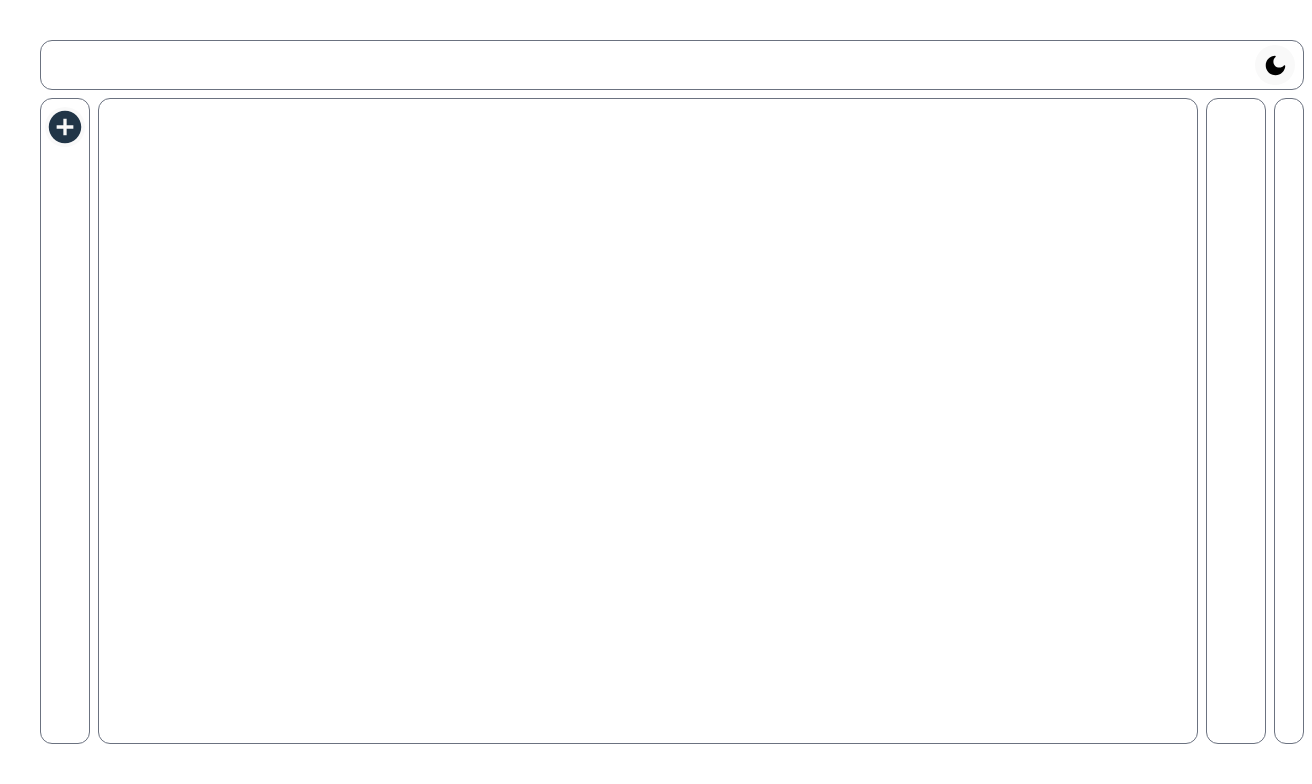
Repository: Wuiserous/Todo-App
Page: /
The author's editor kept a copy of each file at every save. The page is drawn from the files as they stood at one save, then again after a run of saves.
The browser window is 1280 px wide. The page is 1312 px wide, so the pictures cover 1312 px, including what lies to the right of the window. The pictures show the whole page.
The project was rebuilt for these pictures with package versions that can differ from the ones it lists, and the page was loaded fresh each time. Also part of the build but not shown: vite.config.js, src/components/Modal.jsx.

Above is the page before, as saved 2024-11-10 12:32:07.

### src/index.css
/* src/index.css */
@tailwind base;
@tailwind components;
@tailwind utilities;

:root {
  font-family: Inter, system-ui, Avenir, Helvetica, Arial, sans-serif;
  line-height: 1.5;
  font-weight: 400;

  color-scheme: light dark;
  color: rgba(255, 255, 255, 0.87);
  background-color: black;

  font-synthesis: none;
  text-rendering: optimizeLegibility;
  -webkit-font-smoothing: antialiased;
  -moz-osx-font-smoothing: grayscale;
}

a {
  font-weight: 500;
  color: #646cff;
  text-decoration: inherit;
}
a:hover {
  color: #535bf2;
}

h1 {
  font-size: 3.2em;
  line-height: 1.1;
}


button:hover {
  border-color: #646cff;
}
button:focus,
button:focus-visible {
  outline: 4px auto -webkit-focus-ring-color;
}

@media (prefers-color-scheme: light) {
  :root {
    color: #213547;
    background-color: #ffffff;
  }
  a:hover {
    color: #747bff;
  }
  button {
    background-color: #f9f9f9;
  }
}

### src/App.jsx
import { useState } from 'react'
import './App.css'
import { MdWbSunny } from "react-icons/md";
import { AiFillMoon } from "react-icons/ai";
import { IoMdAddCircle } from "react-icons/io";
import ToolBar from './components/ToolBar'
import NavBar from './components/NavBar'
import TaskSpace from './components/TaskSpace'
import Modal from './components/Modal'
import ProgressSpace from './components/ProgressSpace'
import MotivationSpace from './components/MotivationSpace'

function App() {
  const [darkMode, setDarkMode] = useState(false)
  const [showModal, setShowModal] = useState(false)
  const hideModal = () => setShowModal(false)
  return (
    <div className='w-[100vw] overflow-hidden p-2 gap-2 h-[100vh] grid grid-cols-[50px_1100px_60px_1fr] grid-rows-[50px_1fr_1fr_1fr]'>
      <ToolBar bgColor={darkMode?'bg-gray-100' : 'bg-gray->800'} Button={<button className="w-10 h-10 rounded-full flex items-center justify-center" onClick={() => setShowModal(true)}><IoMdAddCircle size={40} /></button>} />
      <NavBar Button={<button className="w-10 h-10 focus:outline-non1 rounded-full flex items-center justify-center" onClick={() => setDarkMode(!darkMode)}>{darkMode ? <MdWbSunny size={25} /> : <AiFillMoon className='text-black' size={25} />}</button>} bgColor={darkMode?'bg-gray-100' : 'bg-gray->800' }/>
      <TaskSpace bgColor={darkMode?'bg-gray-100' : 'bg-gray->800' } />
      <ProgressSpace bgColor={darkMode?'bg-gray-100' : 'bg-gray->800' } />
      <MotivationSpace bgColor={darkMode?'bg-gray-100' : 'bg-gray->800' } />
      <Modal Show={showModal} hide={hideModal} />
    </div>
  )
}

export default App

### src/components/ToolBar.jsx
export default function ToolBar(props) {
    return (
      <div className={`border ${props.bgColor} border-gray-500 p-2 flex justify-center rounded-xl col-span-1 row-start-2 row-end-5`}>
        {props.Button}
      </div>
    )
}

### src/components/NavBar.jsx
import { useState } from 'react'

export default function NavBar(props) {
    return (
      <div className={`rounded-xl col-span-4 border ${props.bgColor} border-gray-500 flex items-center justify-end p-2`}>
        {props.Button}
      </div>
    )
}

### src/components/TaskSpace.jsx
export default function TaskSpace(props) {
    return (
      <div className={`rounded-xl col-start-2 row-start-2 row-end-5 border ${props.bgColor} border-gray-500`}></div>
    )
}

### src/components/ProgressSpace.jsx
export default function ProgressSpace(props) {
    return (
      <div className={`rounded-xl row-start-2 row-end-5 col-start-3 col-end-4 border ${props.bgColor} border-gray-500`}></div>
    )
}

### src/components/MotivationSpace.jsx
export default function MotivationSpace(props) {
    return (
      <div className={`rounded-xl row-start-2 row-end-5 col-start-4 col-end-4 col-span-3 border ${props.bgColor} border-gray-500`}></div>
    )
}

Loaded but not shown: src/main.jsx (common file); src/App.css (common file); tailwind.config.js (common file)

After the next 4 saves:
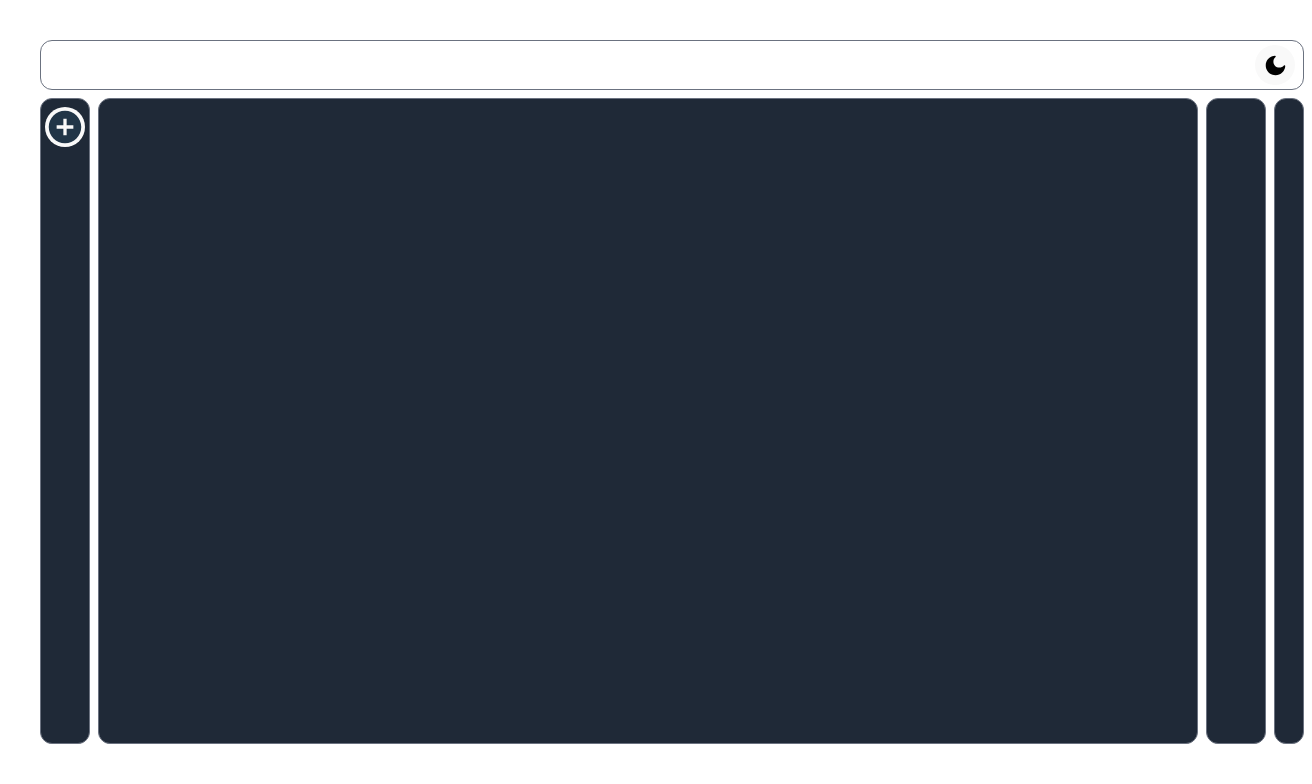
The 4 saves are shown as one change because they came seconds apart.
The last was saved 36 s later.
--- a/src/App.jsx
+++ b/src/App.jsx
@@ -16,11 +16,11 @@ function App() {
   const hideModal = () => setShowModal(false)
   return (
     <div className='w-[100vw] overflow-hidden p-2 gap-2 h-[100vh] grid grid-cols-[50px_1100px_60px_1fr] grid-rows-[50px_1fr_1fr_1fr]'>
-      <ToolBar bgColor={darkMode?'bg-gray-100' : 'bg-gray->800'} Button={<button className="w-10 h-10 rounded-full flex items-center justify-center" onClick={() => setShowModal(true)}><IoMdAddCircle size={40} /></button>} />
+      <ToolBar bgColor={darkMode?'bg-gray-100' : 'bg-gray-800'} Button={<button className="w-10 h-10 rounded-full flex items-center justify-center" onClick={() => setShowModal(true)}><IoMdAddCircle size={40} /></button>} />
       <NavBar Button={<button className="w-10 h-10 focus:outline-non1 rounded-full flex items-center justify-center" onClick={() => setDarkMode(!darkMode)}>{darkMode ? <MdWbSunny size={25} /> : <AiFillMoon className='text-black' size={25} />}</button>} bgColor={darkMode?'bg-gray-100' : 'bg-gray->800' }/>
-      <TaskSpace bgColor={darkMode?'bg-gray-100' : 'bg-gray->800' } />
-      <ProgressSpace bgColor={darkMode?'bg-gray-100' : 'bg-gray->800' } />
-      <MotivationSpace bgColor={darkMode?'bg-gray-100' : 'bg-gray->800' } />
+      <TaskSpace bgColor={darkMode?'bg-gray-100' : 'bg-gray-800' } />
+      <ProgressSpace bgColor={darkMode?'bg-gray-100' : 'bg-gray-800' } />
+      <MotivationSpace bgColor={darkMode?'bg-gray-100' : 'bg-gray-800' } />
       <Modal Show={showModal} hide={hideModal} />
     </div>
   )
